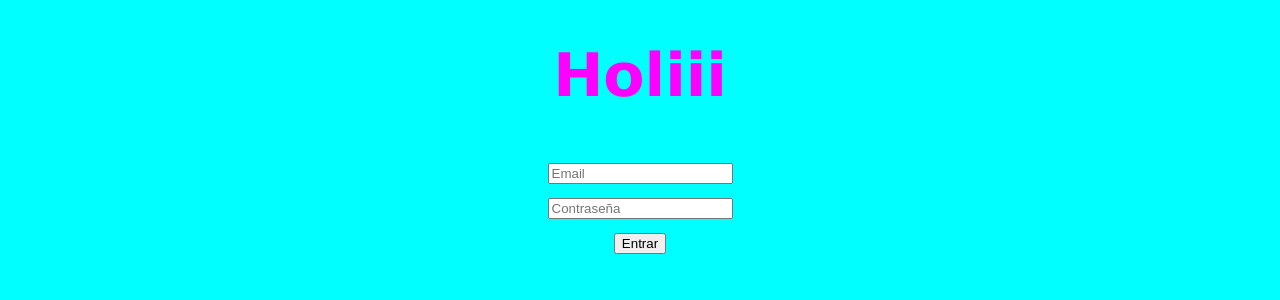
Repository: LazaroRicardo/WORKSPACE
Page: http://localhost/ProyectoMVC2/registrarse
These files come from the project's save history. The page is drawn as it stood at one moment and after the next save; the edit follows.
The browser window is 1280 px wide. The pictures show the whole page.
The page is served by Tomcat 9. Other server files are loaded and not shown.

Above is the page before, as saved 2018-11-15 08:56:22.

### javaweb/ProyectoMVC2/WebContent/registrarse.jsp
<%@ page language="java" contentType="text/html; charset=ISO-8859-1"
    pageEncoding="ISO-8859-1"%>
<!DOCTYPE html>
<html>
<head>
<meta charset="ISO-8859-1">
<title>Registrarse</title>
<link href="./css/style.css" rel="stylesheet">
</head>
<body>
	<h1>Holiii</h1>
	<form action="" method="POST">
		<div><input type="email" placeholder="Email" id="" name="email" required /></div>
		<div><input type="password" placeholder="Contraseña" id="" name="password" required /></div>
		<div>
			<button>Entrar</button>
		</div>
	</form>
</body>
</html>

### javaweb/ProyectoMVC2/src/com/ricardo/controlers/RegistrarseServlet.java
package com.ricardo.controlers;

import java.io.IOException;
import javax.servlet.ServletException;
import javax.servlet.annotation.WebServlet;
import javax.servlet.http.HttpServlet;
import javax.servlet.http.HttpServletRequest;
import javax.servlet.http.HttpServletResponse;


@WebServlet("/registrarse")
public class RegistrarseServlet extends HttpServlet {
	private static final long serialVersionUID = 1L;

	protected void doGet(HttpServletRequest request, HttpServletResponse response) throws ServletException, IOException {

		request.getRequestDispatcher("/registrarse.jsp").forward(request, response);
	}


	protected void doPost(HttpServletRequest request, HttpServletResponse response) throws ServletException, IOException {

		doGet(request, response);
	}

}

### javaweb/ProyectoMVC2/WebContent/css/style.css
body{
	margin:0;
	padding:0;
	font-family:verdana;
	font-size:30px;
	display:block;
	text-align:center;
	color:fuchsia;
	background-color:aqua;
}
h1{
	font-size:2em;
}

ul{
	list-style:none;
	margin:0;
	padding:0;

}

ul>li div{
	display: inline-block;
	margin:1em;
}

div.error{
	color:red;
}
img{
	padding: 20px;
}

After the next save:
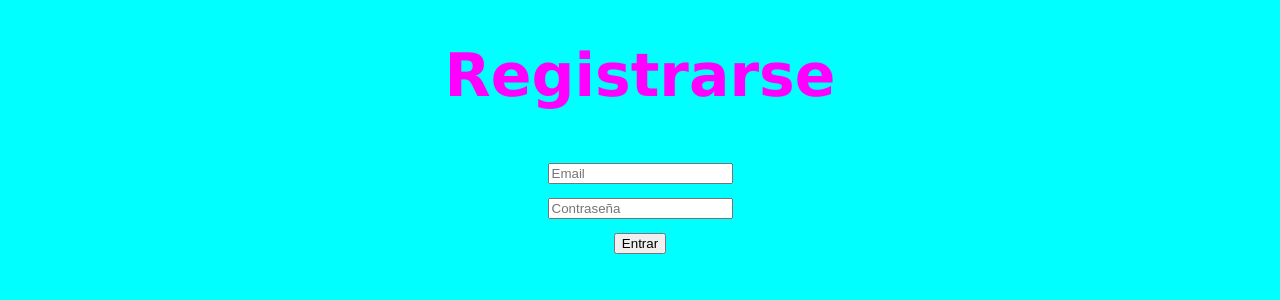
Saved 7 s later.
--- a/javaweb/ProyectoMVC2/WebContent/registrarse.jsp
+++ b/javaweb/ProyectoMVC2/WebContent/registrarse.jsp
@@ -8,7 +8,7 @@
 <link href="./css/style.css" rel="stylesheet">
 </head>
 <body>
-	<h1>Holiii</h1>
+	<h1>Registrarse</h1>
 	<form action="" method="POST">
 		<div><input type="email" placeholder="Email" id="" name="email" required /></div>
 		<div><input type="password" placeholder="Contraseña" id="" name="password" required /></div>
